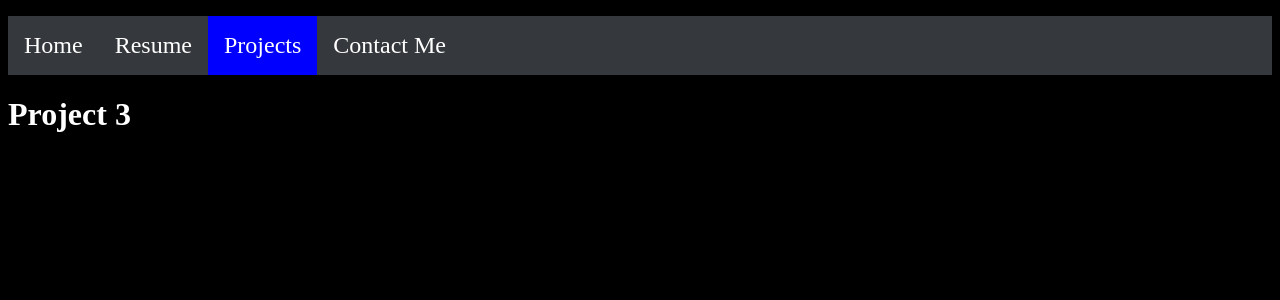
Repository: MasonSingleterry/MasonSingleterry.github.io
Page: project3.html
The author's editor kept a record of every edit. The page is drawn from the files as they stood at one moment, then again after the next edit.
The browser window is 1280 px wide. The pictures show the whole page.

Above is the page before.

After the next edit:
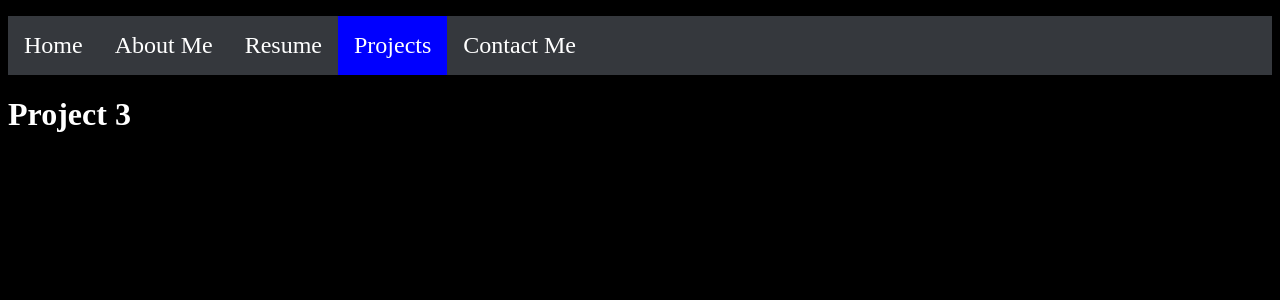
The edit:
--- a/project3.html
+++ b/project3.html
@@ -6,7 +6,8 @@
     </head>
     <body class = "body">
         <ul class = "navbar">
-            <li><a href = "/index.html">Home</a></li>
+            <li><a href = "index.html">Home</a></li>
+            <li><a href = "aboutme.html">About Me</a></li>
             <li><a href = "resume.html">Resume</a></li>
             <li class = "dropdown">
                 <div class = "active">Projects</div>
